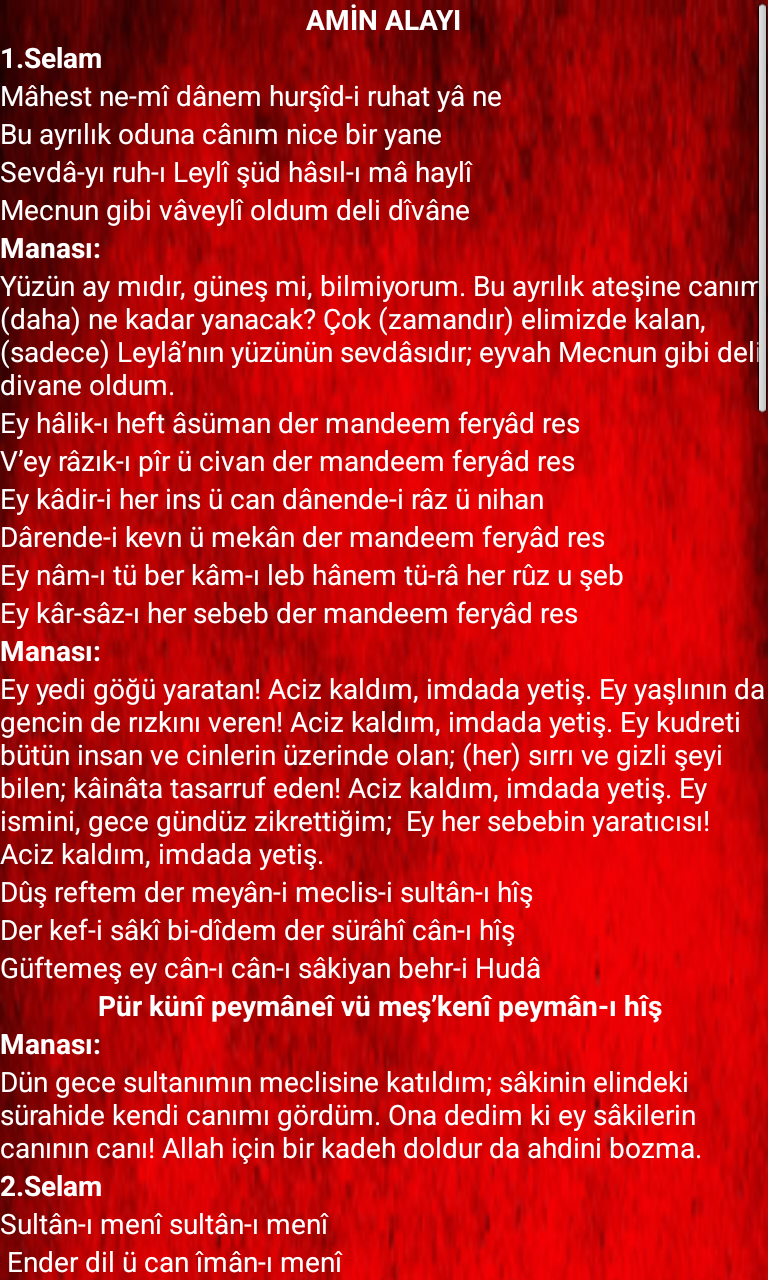
Repository: dokayazilim/Safahat-Android--Uygulamasi
Layout: safahat(android)/Safahat/res/layout/kitap31.xml
The author's editor kept a copy of each file at every save. The layout is drawn from the files as they stood at one save, then again after the next save.
It is drawn on a 768 x 1280 px phone screen (xhdpi) without system bars, with theme android:Theme; the app's code is not run.

Above is the layout before, as saved 2012-09-07 16:09:32.

After the next save:
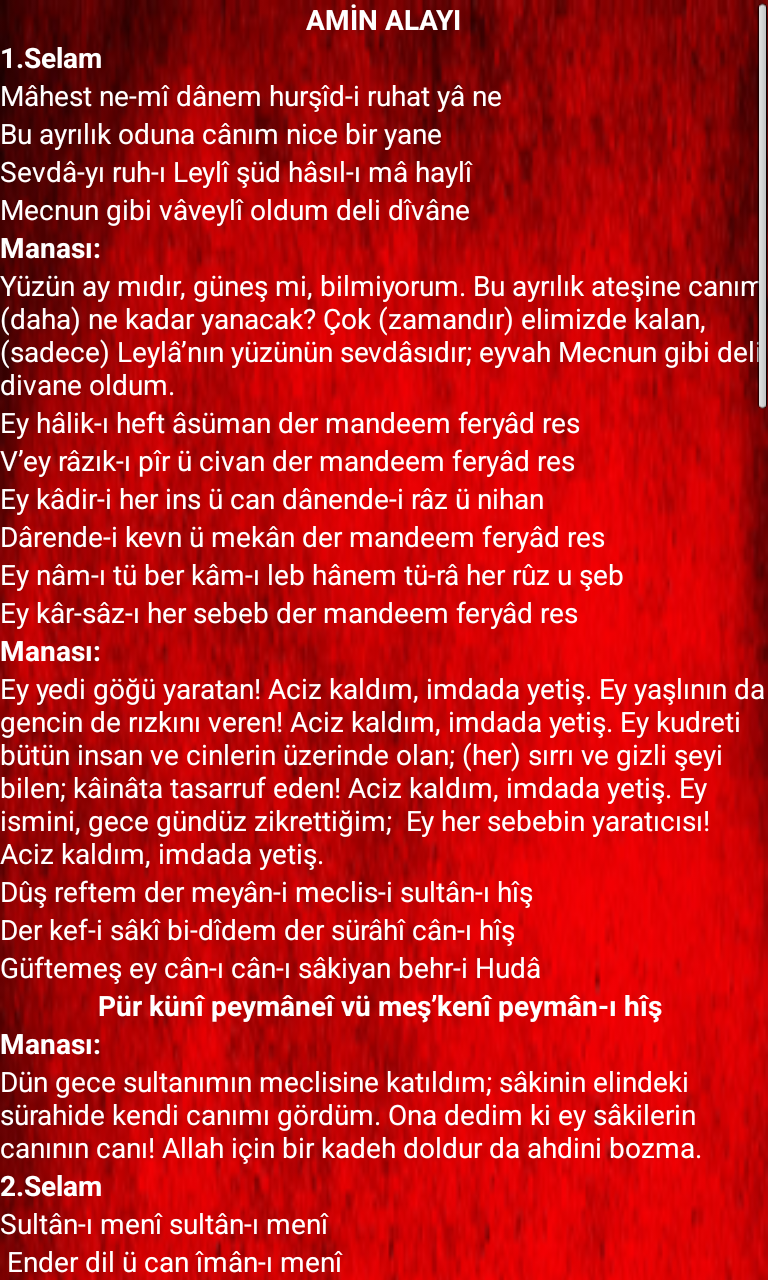
Saved 57 s later.
--- a/safahat(android)/Safahat/res/layout/kitap31.xml
+++ b/safahat(android)/Safahat/res/layout/kitap31.xml
@@ -162,26 +162,26 @@ Ender dil ü can îmân-ı menî
         android:id="@+id/textView29"
         android:layout_width="wrap_content"
         android:layout_height="wrap_content"
-        android:text="Hakîkî bahtiyâr ancak o âdemdir ki, dünyâdan   " android:textColor="#ffffff" />
+        android:text="Sultânımsın, sultânımsın; cânımda, gönlümde imânımsın. Bana üflersen ben dirilirim. Bir cân da nedir? Yüz cânımsın.   " android:textColor="#ffffff" />
 <TextView
         android:id="@+id/textView30"
         android:layout_width="wrap_content"
         android:layout_height="wrap_content"
-        android:text="Giderken mâmelek nâmıyle terk eyler büyük bir nâm.
+        android:text="Ey âşıkan ey âşıkan men cân ü cânan yâftem
   " android:textColor="#ffffff" />
 <TextView
         android:id="@+id/textView31"
         android:layout_width="wrap_content"
         android:layout_height="wrap_content"
         android:text="
-İlâhî! Doğru bir meslek nasıl bulsunlar insanlar,
+Ey sâdıkan ey sâdıkan men nûr-i îman yâftem
 " android:textColor="#ffffff" />
 <TextView
         android:id="@+id/textView32"
         android:layout_width="wrap_content"
         android:layout_height="wrap_content"
-        android:text="Hakâik hep dururken perde pûş-i zulmet-i evhâm?
- " android:textColor="#ffffff" />
+        android:text="Manası:
+ " android:textColor="#ffffff" android:textStyle="bold"/>
 <TextView
         android:id="@+id/textView33"
         android:layout_width="wrap_content"
